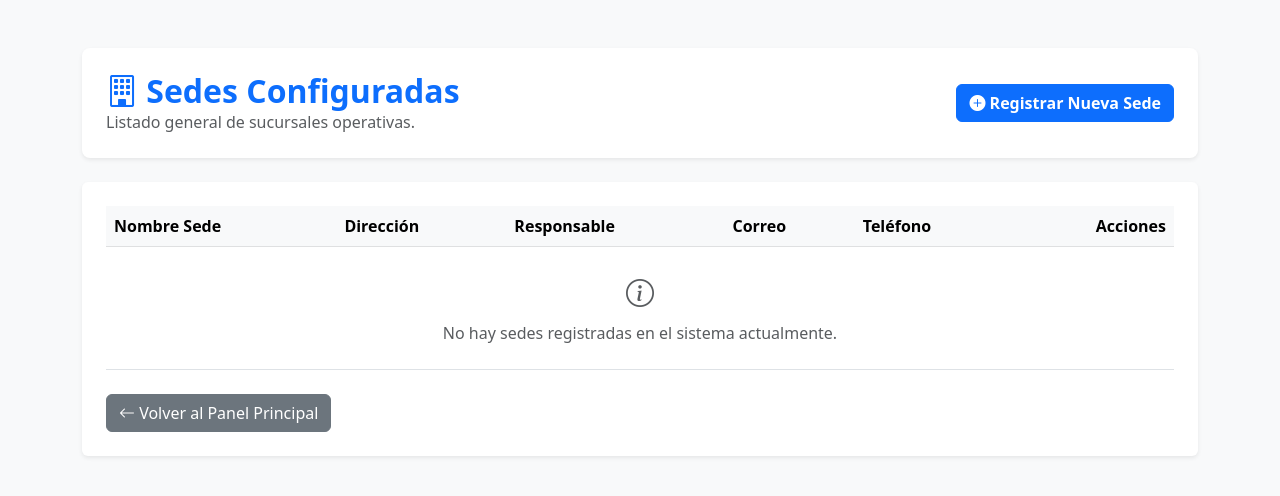
Repository: LuhizK/crm_ventas
Page: leads/templates/leads/listar_sedes.html
An editor plug-in stored every save of this project. The page is shown before and after the next save, followed by the edit.
The browser window is 1280 px wide. The pictures show the whole page.
The template is drawn by Django 5.2. The application's start-up code is not run. Other server files are loaded and not shown. The template is opened directly, without the code that normally fills it, so the values that code supplies are empty.

Above is the page before, as saved 2026-07-07 14:20:22.

### leads/templates/leads/listar_sedes.html
<!DOCTYPE html>
<html lang="es">
<head>
    <meta charset="UTF-8">
    <meta name="viewport" content="width=device-width, initial-scale=1.0">
    <title>Administrar Sedes - DeuDoor</title>
    <link href="https://cdn.jsdelivr.net/npm/bootstrap@5.3.0/dist/css/bootstrap.min.css" rel="stylesheet">
    <link rel="stylesheet" href="https://cdn.jsdelivr.net/npm/bootstrap-icons@1.11.0/font/bootstrap-icons.css">
</head>
<body class="bg-light">

    <div class="container mt-5">
        <div class="d-flex justify-content-between align-items-center bg-white p-4 shadow-sm rounded-3 mb-4">
            <div>
                <h2 class="text-primary m-0 fw-bold"><i class="bi bi-building"></i> Sedes Configuradas</h2>
                <p class="text-muted m-0">Listado general de sucursales operativas.</p>
            </div>
            <a href="{% url 'crear_sede' %}" class="btn btn-primary fw-bold">
                <i class="bi bi-plus-circle-fill"></i> Registrar Nueva Sede
            </a>
        </div>

        <div class="card shadow-sm border-0 bg-white p-4">
            <table class="table table-hover align-middle mb-0">
                <thead class="table-light">
                    <tr>
                        <th>Nombre Sede</th>
                        <th>Dirección</th>
                        <th>Responsable</th>
                        <th>Correo</th>
                        <th>Teléfono</th>
                        <th class="text-end">Acciones</th>
                    </tr>
                </thead>
                <tbody>
                    {% for sede in sedes %}
                    <tr>
                        <td class="fw-bold text-dark">{{ sede.nombre_sede }}</td>
                        <td>{{ sede.direccion_sede|default:"No asignada" }}</td>
                        <td>
                            {% if sede.id_responsable %}
                                {{ sede.id_responsable.nombres }} {{ sede.id_responsable.apellidos }}
                            {% else %}
                                <span class="text-muted">Sin responsable</span>
                            {% endif %}
                        </td>
                        <td>{{ sede.correo_sede|default:"N/A" }}</td>
                        <td>{{ sede.telefono_sede|default:"N/A" }}</td>
                        <td class="text-end">
                            <a href="{% url 'editar_sede' sede.id_sede %}" class="btn btn-sm btn-warning fw-bold">
                                <i class="bi bi-pencil-square"></i> Editar
                            </a>
                        </td>
                    </tr>
                    {% empty %}
                    <tr>
                        <td colspan="6" class="text-center py-4 text-muted">
                            <i class="bi bi-info-circle fs-3 d-block mb-2"></i> No hay sedes registradas en el sistema actualmente.
                        </td>
                    </tr>
                    {% endfor %}
                </tbody>
            </table>

            <div class="mt-4">
                <a href="{% url 'panel_control' %}" class="btn btn-secondary">
                    <i class="bi bi-arrow-left"></i> Volver al Panel Principal
                </a>
            </div>
        </div>
    </div>

    <script src="https://cdn.jsdelivr.net/npm/bootstrap@5.3.0/dist/js/bootstrap.bundle.min.js"></script>
</body>
</html>

After the next save:
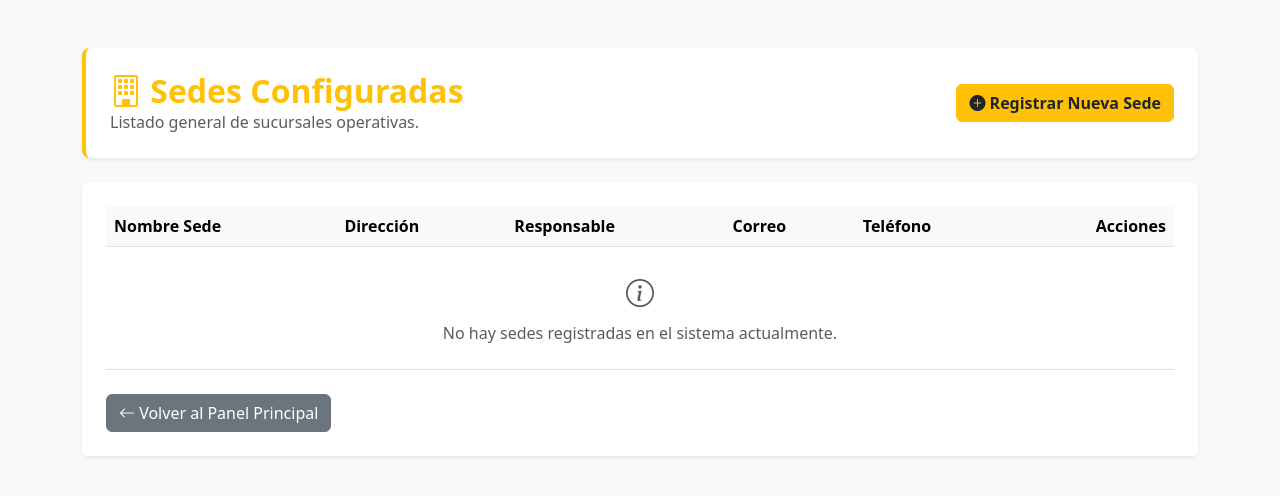
Saved 40 s later.
--- a/leads/templates/leads/listar_sedes.html
+++ b/leads/templates/leads/listar_sedes.html
@@ -10,12 +10,12 @@
 <body class="bg-light">
 
     <div class="container mt-5">
-        <div class="d-flex justify-content-between align-items-center bg-white p-4 shadow-sm rounded-3 mb-4">
+        <div class="d-flex justify-content-between align-items-center bg-white p-4 shadow-sm rounded-3 mb-4 border-start border-warning border-4">
             <div>
-                <h2 class="text-primary m-0 fw-bold"><i class="bi bi-building"></i> Sedes Configuradas</h2>
+                <h2 class="text-warning m-0 fw-bold"><i class="bi bi-building"></i> Sedes Configuradas</h2>
                 <p class="text-muted m-0">Listado general de sucursales operativas.</p>
             </div>
-            <a href="{% url 'crear_sede' %}" class="btn btn-primary fw-bold">
+            <a href="{% url 'crear_sede' %}" class="btn btn-warning text-dark fw-bold">
                 <i class="bi bi-plus-circle-fill"></i> Registrar Nueva Sede
             </a>
         </div>
@@ -47,7 +47,7 @@
                         <td>{{ sede.correo_sede|default:"N/A" }}</td>
                         <td>{{ sede.telefono_sede|default:"N/A" }}</td>
                         <td class="text-end">
-                            <a href="{% url 'editar_sede' sede.id_sede %}" class="btn btn-sm btn-warning fw-bold">
+                            <a href="{% url 'editar_sede' sede.id_sede %}" class="btn btn-sm btn-outline-warning text-dark fw-bold">
                                 <i class="bi bi-pencil-square"></i> Editar
                             </a>
                         </td>
@@ -70,6 +70,5 @@
         </div>
     </div>
 
-    <script src="https://cdn.jsdelivr.net/npm/bootstrap@5.3.0/dist/js/bootstrap.bundle.min.js"></script>
 </body>
 </html>
